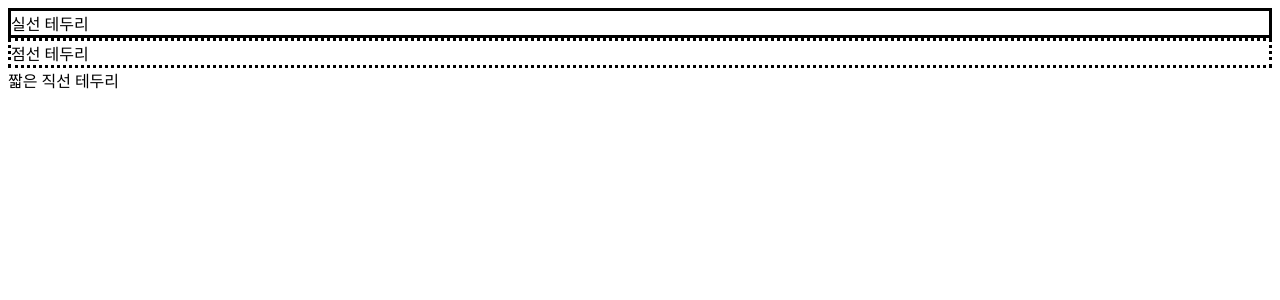
Repository: topyoungil/CodeMemories-ByJake
Page: HTML_CSS/WebContent/test/border-1.html
These files come from the project's save history. The page is drawn as it stood at one moment and after the next save; the edit follows.
The browser window is 1280 px wide. The pictures show the whole page.

Above is the page before, as saved 2022-09-27 13:39:24.

After the next save:
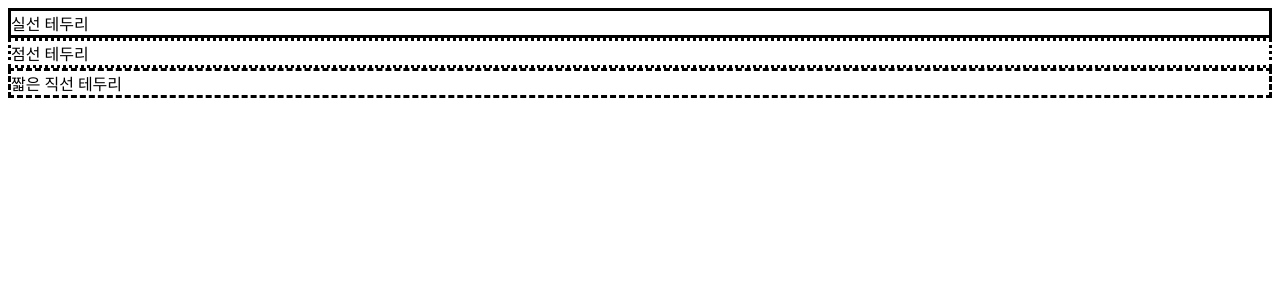
Saved 11 s later.
--- a/HTML_CSS/WebContent/test/border-1.html
+++ b/HTML_CSS/WebContent/test/border-1.html
@@ -13,7 +13,7 @@
 	}
 
 	#box3 {
-
+		border-style: dashed;
 	}
 
 </style>
